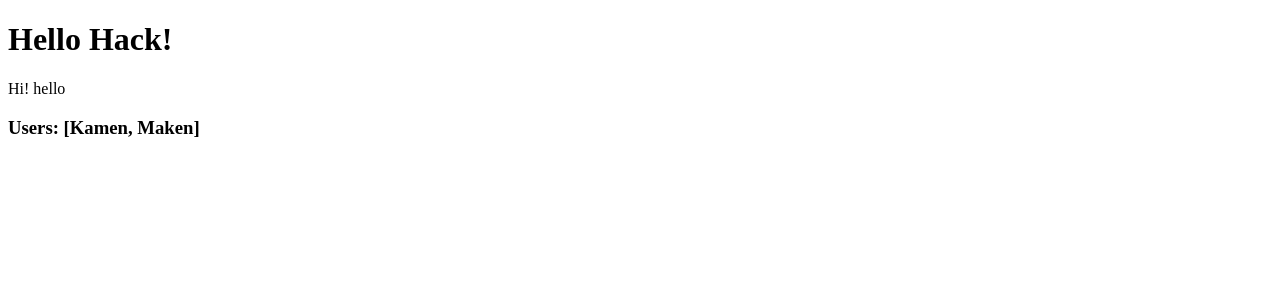
Repository: borisaltanov/HackBulgaria-Java-101
Page: http://localhost/TodooList/Index
These files come from the project's save history. The page is drawn as it stood at one moment and after the next save; the edit follows.
The browser window is 1280 px wide. The pictures show the whole page.
The page is served by Tomcat 9.

Above is the page before, as saved 2017-02-17 17:18:26.

### java-ee/TodooList/WebContent/index.jsp
<%@ page language="java" contentType="text/html; charset=UTF-8"
	pageEncoding="UTF-8"%>

<% String hi = "Hi!"; %>
<!DOCTYPE html PUBLIC "-//W3C//DTD HTML 4.01 Transitional//EN" "http://www.w3.org/TR/html4/loose.dtd">
<html>
	<head>
		<meta http-equiv="Content-Type" content="text/html; charset=UTF-8">
		<title>${title}</title>
	</head>
	<body>
		<h1>Hello Hack!</h1>
		<%=hi %>
		${message}

		<h3>Users:
			${users}
		</h3>
	</body>
</html>

### java-ee/TodooList/src/com/hackbulgaria/Index.java
package com.hackbulgaria;

import java.io.IOException;
import java.util.LinkedList;

import javax.servlet.RequestDispatcher;
import javax.servlet.ServletException;
import javax.servlet.annotation.WebServlet;
import javax.servlet.http.HttpServlet;
import javax.servlet.http.HttpServletRequest;
import javax.servlet.http.HttpServletResponse;

/**
 * Servlet implementation class Index
 */
@WebServlet("/Index")
public class Index extends HttpServlet {
	private static final long serialVersionUID = 1L;


	protected void doGet(HttpServletRequest request, HttpServletResponse response) throws ServletException, IOException {
/*		LinkedList<String> users = new LinkedList<>();

		users.add("Kamen");
		users.add("Maken");


		String usersString = "<ul>";
		for (String u : users) {
			usersString += "<li>" + u + "</li>";
		}
		usersString += "</ul>";


		response.
			getWriter()
			.write("<h1>Hello Hack!</h1>" + usersString);*/

		LinkedList<String> users = new LinkedList<>();

		users.add("Kamen");
		users.add("Maken");

		request.getSession().setAttribute("message", "hello");
		request.getSession().setAttribute("title", "ToDo List");
		request.getSession().setAttribute("users",users);

		RequestDispatcher view =
				request.getRequestDispatcher("index.jsp");

		view.forward(request, response);

	}


	protected void doPost(HttpServletRequest request, HttpServletResponse response) throws ServletException, IOException {
	}

}

After the next save:
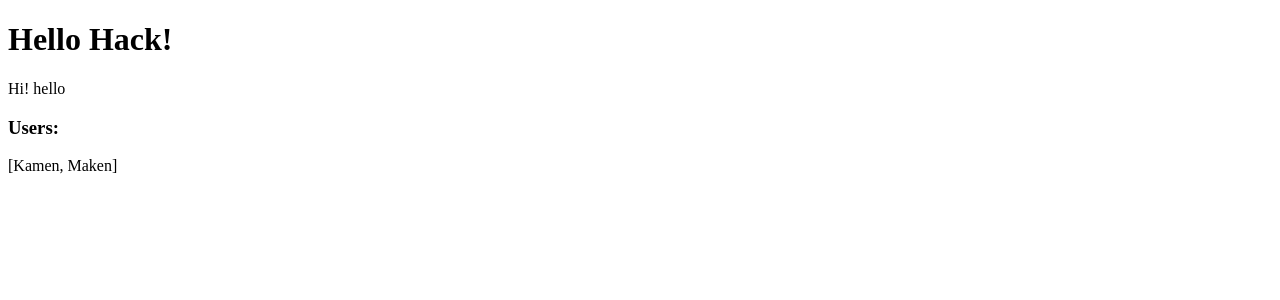
Saved 20 s later.
--- a/java-ee/TodooList/WebContent/index.jsp
+++ b/java-ee/TodooList/WebContent/index.jsp
@@ -13,8 +13,7 @@
 		<%=hi %>
 		${message}
 
-		<h3>Users:
-			${users}
-		</h3>
+		<h3>Users: </h3>
+		${users}
 	</body>
 </html>
